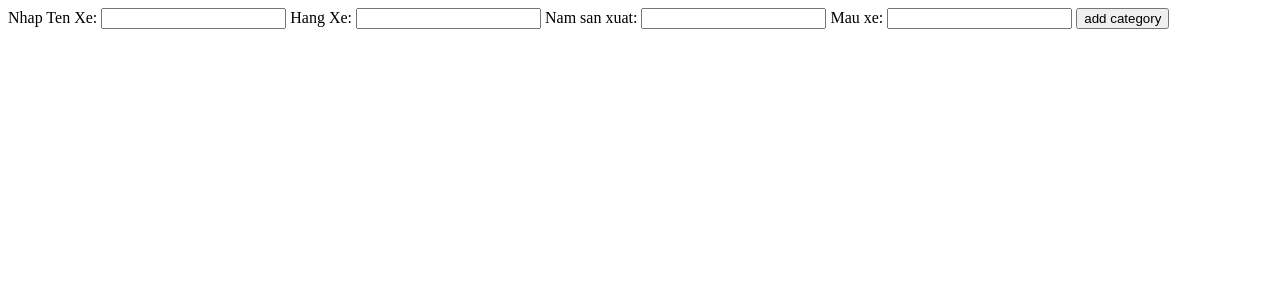
Repository: vule2809/LTW-20146307
Page: http://localhost/A-banxemay/views/product/addProduct.jsp
The author's editor kept a copy of each file at every save. The page is drawn from the files as they stood at one save, then again after the next save.
The browser window is 1280 px wide. The pictures show the whole page.
The page is served by Tomcat 9. Nobody is signed in. The application's start-up code is not run.

Above is the page before, as saved 2023-12-05 05:48:36.

After the next save:
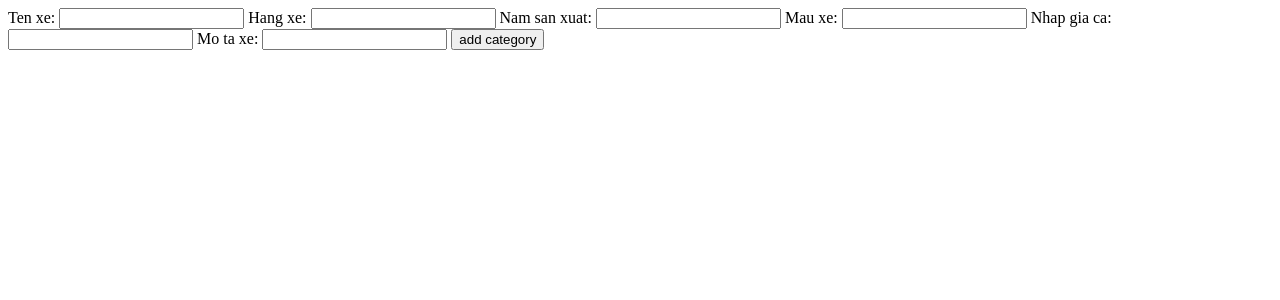
Saved 101 s later.
--- a/A-banxemay/src/main/webapp/views/product/addProduct.jsp
+++ b/A-banxemay/src/main/webapp/views/product/addProduct.jsp
@@ -9,10 +9,12 @@
 </head>
 <body>
 	<form action="add" method="post">
-		<label>Nhap Ten Xe:</label> <input type="text" name="ProductName">
-		<label>Hang Xe:</label> <input type="text" name="Brand">
+		<label>Ten xe:</label> <input type="text" name="ProductName">
+		<label>Hang xe:</label> <input type="text" name="Brand">
 		<label>Nam san xuat:</label> <input type="text" name="Year">
-		<label>Mau xe:</label> <input type="text" name="Brand">
+		<label>Mau xe:</label> <input type="text" name="Color">
+		<label>Nhap gia ca:</label> <input type="text" name="Price">
+		<label>Mo ta xe:</label> <input type="text" name="Description">
 		<input type="submit" value="add category">
 
 	</form>
